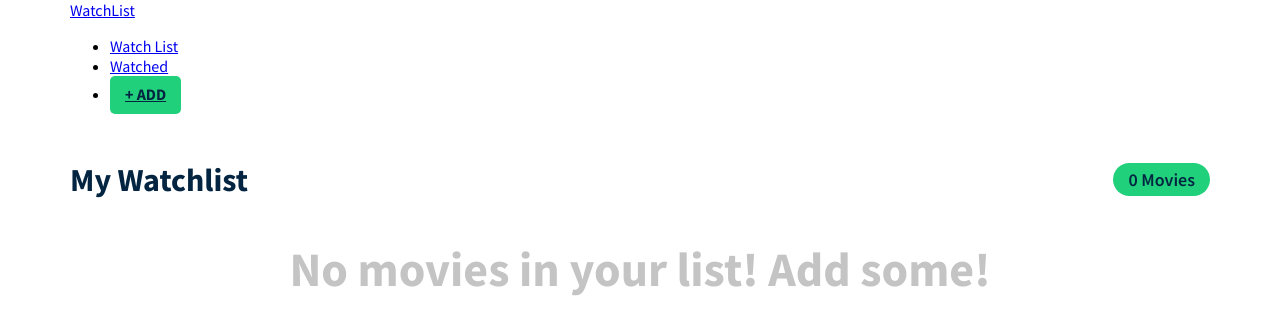
Repository: NiutaR/watchlist-app
Page: /
The author's editor kept a copy of each file at every save. The page is drawn from the files as they stood at one save, then again after a run of saves.
The browser window is 1280 px wide. The pictures show the whole page.
The project was rebuilt for these pictures with package versions that can differ from the ones it lists, and the page was loaded fresh each time. Also part of the build but not shown: src/components/MovieCard.js, src/components/Watched.js. Imported but missing from the stored project, and not drawn on this page: src/components/Add, src/components/MovieControls.

Above is the page before, as saved 2021-04-07 23:50:54.

### public/index.html
<!DOCTYPE html>
<html lang="en">
  <head>
    <meta charset="utf-8" />
    <link rel="icon" href="%PUBLIC_URL%/favicon.ico" />
    <meta name="viewport" content="width=device-width, initial-scale=1" />
    <meta name="theme-color" content="#000000" />
    <meta
      name="description"
      content="Web site created using create-react-app"
    />
    <link rel="apple-touch-icon" href="%PUBLIC_URL%/logo192.png" />
    <!--
      manifest.json provides metadata used when your web app is installed on a
      user's mobile device or desktop. See https://developers.google.com/web/fundamentals/web-app-manifest/
    -->
    <link rel="manifest" href="%PUBLIC_URL%/manifest.json" />
    <!--
      Notice the use of %PUBLIC_URL% in the tags above.
      It will be replaced with the URL of the `public` folder during the build.
      Only files inside the `public` folder can be referenced from the HTML.

      Unlike "/favicon.ico" or "favicon.ico", "%PUBLIC_URL%/favicon.ico" will
      work correctly both with client-side routing and a non-root public URL.
      Learn how to configure a non-root public URL by running `npm run build`.
    -->
    <title>Movie Watchlist</title>
  </head>
  <body>
    <noscript>You need to enable JavaScript to run this app.</noscript>
    <div id="root"></div>
    <!--
      This HTML file is a template.
      If you open it directly in the browser, you will see an empty page.

      You can add webfonts, meta tags, or analytics to this file.
      The build step will place the bundled scripts into the <body> tag.

      To begin the development, run `npm start` or `yarn start`.
      To create a production bundle, use `npm run build` or `yarn build`.
    -->
  </body>
</html>

### src/App.js
import React from "react";
import { BrowserRouter as Router, Switch, Route } from "react-router-dom";
import  Header  from "./components/Header/Header";
import { Watchlist } from "./components/Watchlist";
import { Watched } from "./components/Watched";
import { Add } from "./components/Add";
import "./App.css";
import "./lib/font-awesome/css/all.min.css";

import { GlobalProvider } from "./context/GlobalState";

function App() {
  return (
    <GlobalProvider>
      <Router>
        <Header />

        <Switch>
          <Route exact path="/">
            <Watchlist />
          </Route>
          <Route path="/add">
            <Add />
          </Route>
          <Route path="/watched">
            <Watched />
          </Route>
        </Switch>
      </Router>
    </GlobalProvider>
  );
}

export default App;

### src/components/Header/Header.js
import React from "react";
import { Link } from "react-router-dom";
import "./"

const Header = () => {
  return (
    <header>
      <div className="container">
        <div className="inner-content">
          <div className="brand">
            <Link to="/">WatchList</Link>
          </div>

          <ul className="nav-links">
            <li>
              <Link to="/">Watch List</Link>
            </li>

            <li>
              <Link to="/watched">Watched</Link>
            </li>

            <li>
              <Link to="/add" className="btn btn-main">
                + Add
              </Link>
            </li>
          </ul>
        </div>
      </div>
    </header>
  );
};

export default Header;

### src/components/Watchlist.js
import React, { useContext } from "react";
import { GlobalContext } from "../context/GlobalState";
import { MovieCard } from "./MovieCard";

export const Watchlist = () => {
  const { watchlist } = useContext(GlobalContext);

  return (
    <div className="movie-page">
      <div className="container">
        <div className="header">
          <h1 className="heading">My Watchlist</h1>

          <span className="count-pill">
            {watchlist.length} {watchlist.length === 1 ? "Movie" : "Movies"}
          </span>
        </div>

        {watchlist.length > 0 ? (
          <div className="movie-grid">
            {watchlist.map((movie) => (
              <MovieCard movie={movie} key={movie.id} type="watchlist" />
            ))}
          </div>
        ) : (
          <h2 className="no-movies">No movies in your list! Add some!</h2>
        )}
      </div>
    </div>
  );
};

### src/App.css
@import url("https://fonts.googleapis.com/css2?family=Source+Sans+Pro:wght@300;400;600;700;900&display=swap");

:root {
  --primary: #032541;
  --secondary: #21d07a;
  --white: #fff;
}

body {
  font-family: "Source Sans Pro", sans-serif;
  padding: 0;
  margin: 0;
}

.container {
  padding-right: 15px;
  padding-left: 15px;
  margin-right: auto;
  margin-left: auto;
}

@media (min-width: 768px) {
  .container {
    width: 750px;
  }
}

@media (min-width: 992px) {
  .container {
    width: 970px;
  }
}

@media (min-width: 1200px) {
  .container {
    width: 1170px;
  }
}

*,
*:before,
*:after {
  box-sizing: border-box;
}

.btn {
  padding: 10px 15px;
  background-color: var(--secondary);
  color: var(--primary);
  border-radius: 5px;
  text-transform: uppercase;
  font-weight: 700;
  display: inline-block;
  border: none;
  font-size: 1rem;
  transition: all 0.3s ease;
  line-height: 1.1;
}

.btn:hover {
  background-color: #1aa762;
  opacity: 1;
  cursor: pointer;
}

.btn:disabled {
  pointer-events: none;
  opacity: 0.5;
}

input:focus {
  outline: none;
}



/* Movie Page */
.movie-page {
  padding: 30px 0;
}

.movie-page .header {
  display: flex;
  align-items: center;
  justify-content: space-between;
  margin-bottom: 30px;
}

.count-pill {
  display: block;
  background-color: var(--secondary);
  padding: 5px 15px;
  font-size: 1.125rem;
  font-weight: 600;
  border-radius: 999px;
  color: var(--primary);
}

.movie-page .heading {
  color: var(--primary);
  margin: 0;
}

.movie-grid {
  display: grid;
  grid-template-columns: repeat(3, 1fr);
  grid-gap: 30px;
}

@media (min-width: 992px) {
  .movie-grid {
    grid-template-columns: repeat(5, 1fr);
  }
}

.movie-card {
  width: 100%;
  border-radius: 5px;
  overflow: hidden;
  position: relative;
  border: 0;
  display: block;
}

.movie-card img {
  width: 100%;
  display: block;
}

.movie-card .overlay {
  position: absolute;
  top: 0;
  left: 0;
  width: 100%;
  height: 100%;
  border: 2px solid transparent;
  transition: all 0.3s ease;
}

.movie-card:hover .overlay {
  border: 3px solid var(--secondary);
}

.movie-card .inner-card-controls {
  display: inline;
  background-color: red;
  position: absolute;
  bottom: 20px;
  left: 50%;
  transform: translateX(-50%);
  background: rgba(0, 0, 0, 0.8);
  border-radius: 5px;
  padding: 3px;
  opacity: 0;
  transition: all 0.3s ease;
}

.movie-card:hover .inner-card-controls {
  opacity: 1;
}

.ctrl-btn {
  color: #fefefe;
  background-color: transparent;
  border: none;
  transition: all 0.3s ease;
  font-size: 1.25rem;
  padding: 5px;
  margin: 0;
}

.ctrl-btn:hover {
  color: var(--secondary);
  cursor: pointer;
}

.movie-page .no-movies {
  color: #c4c4c4;
  font-size: 3rem;
  text-align: center;
}

### src/context/GlobalState.js
import React, { createContext, useReducer, useEffect } from "react";
import AppReducer from "./AppReducer";

// initial state
const initialState = {
  watchlist: localStorage.getItem("watchlist")
    ? JSON.parse(localStorage.getItem("watchlist"))
    : [],
  watched: localStorage.getItem("watched")
    ? JSON.parse(localStorage.getItem("watched"))
    : [],
};

// create context
export const GlobalContext = createContext(initialState);

// provider components
export const GlobalProvider = (props) => {
  const [state, dispatch] = useReducer(AppReducer, initialState);

  useEffect(() => {
    localStorage.setItem("watchlist", JSON.stringify(state.watchlist));
    localStorage.setItem("watched", JSON.stringify(state.watched));
  }, [state]);

  // actions
  const addMovieToWatchlist = (movie) => {
    dispatch({ type: "ADD_MOVIE_TO_WATCHLIST", payload: movie });
  };

  const removeMovieFromWatchlist = (id) => {
    dispatch({ type: "REMOVE_MOVIE_FROM_WATCHLIST", payload: id });
  };

  const addMovieToWatched = (movie) => {
    dispatch({ type: "ADD_MOVIE_TO_WATCHED", payload: movie });
  };

  const moveToWatchlist = (movie) => {
    dispatch({ type: "MOVE_TO_WATCHLIST", payload: movie });
  };

  const removeFromWatched = (id) => {
    dispatch({ type: "REMOVE_FROM_WATCHED", payload: id });
  };

  return (
    <GlobalContext.Provider
      value={{
        watchlist: state.watchlist,
        watched: state.watched,
        addMovieToWatchlist,
        removeMovieFromWatchlist,
        addMovieToWatched,
        moveToWatchlist,
        removeFromWatched,
      }}
    >
      {props.children}
    </GlobalContext.Provider>
  );
};

### src/context/AppReducer.js
export default (state, action) => {
  switch (action.type) {
    case "ADD_MOVIE_TO_WATCHLIST":
      return {
        ...state,
        watchlist: [action.payload, ...state.watchlist],
      };
    case "REMOVE_MOVIE_FROM_WATCHLIST":
      return {
        ...state,
        watchlist: state.watchlist.filter(
          (movie) => movie.id !== action.payload
        ),
      };
    case "ADD_MOVIE_TO_WATCHED":
      return {
        ...state,
        watchlist: state.watchlist.filter(
          (movie) => movie.id !== action.payload.id
        ),
        watched: [action.payload, ...state.watched],
      };
    case "MOVE_TO_WATCHLIST":
      return {
        ...state,
        watched: state.watched.filter(
          (movie) => movie.id !== action.payload.id
        ),
        watchlist: [action.payload, ...state.watchlist],
      };
    case "REMOVE_FROM_WATCHED":
      return {
        ...state,
        watched: state.watched.filter((movie) => movie.id !== action.payload),
      };
    default:
      return state;
  }
};

### src/components/Header/Header.css
/* Header Styles */
header {
    background-color: var(--primary);
}

header .inner-content {
    display: flex;
    justify-content: space-between;
    align-items: center;
    padding: 10px 0;
}

header a {
    color: var(--white);
    font-size: 1.25rem;
    text-decoration: none;
    transition: all 0.3s ease;
}

header a:hover {
    opacity: 0.7;
}

header .brand a {
    font-weight: 700;
    font-size: 1.5rem;
}

header .nav-links {
    padding: 0;
    margin: 0;
    list-style: none;
    display: flex;
    align-items: center;
}

header .nav-links li {
    display: inline-block;
    margin-right: 30px;
}

header .nav-links li:last-child {
    margin-right: 0;
}

Loaded but not shown: src/index.js (common file); src/serviceWorker.js (common file); src/lib/font-awesome/css/all.min.css (library)

After the next 3 saves:
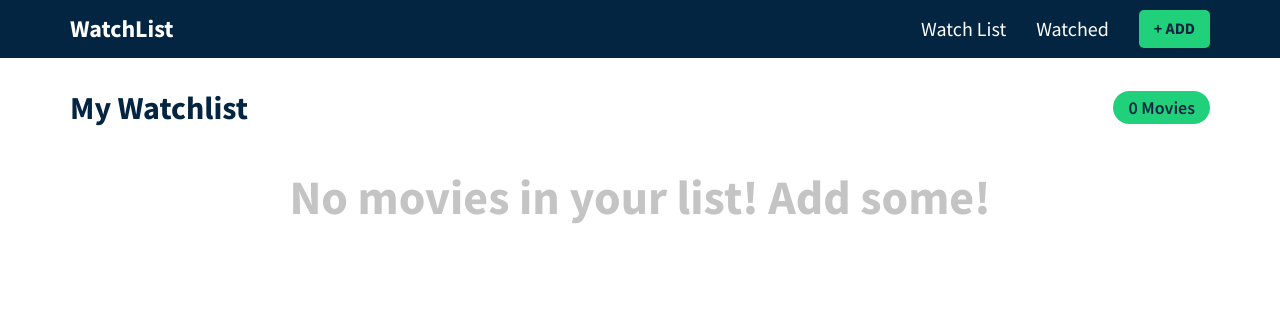
The 3 saves are shown as one change because they came seconds apart.
The last was saved 9 s later.
--- a/src/components/Header/Header.js
+++ b/src/components/Header/Header.js
@@ -1,6 +1,6 @@
 import React from "react";
 import { Link } from "react-router-dom";
-import "./"
+import "./Header.css";
 
 const Header = () => {
   return (
